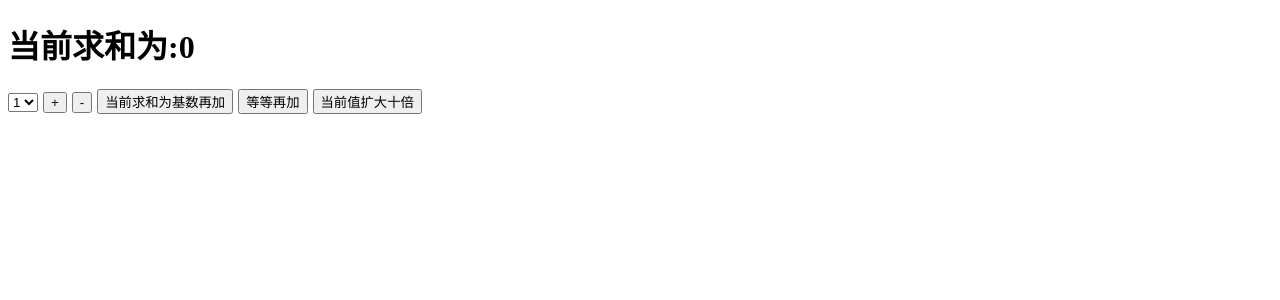
Repository: ldqml/vue.test
Page: / (app in vuexx/)
An editor plug-in stored every save of this project. The page is shown before and after the next save, followed by the edit.
The browser window is 1280 px wide. The pictures show the whole page.
The project was rebuilt for these pictures with package versions that can differ from the ones it lists, and the page was loaded fresh each time. Also part of the build but not shown: vuexx/vue.config.js.

Above is the page before, as saved 2022-08-20 23:14:38.

### vuexx/src/App.vue
<template>
<div>
    <sum-add></sum-add>
</div>
</template>

<script>
import SumAdd from './components/SumAdd'
export default {
    name:'App',
    components:{SumAdd}
}
</script>

<style>

</style>

### vuexx/src/store/index.js
import Vue from 'vue';
import Vuex from 'vuex';

Vue.use(Vuex)

const actions ={
    Ji(content,value){
        if(content.state.sum % 2){
            content.commit('Add',value)
        }
    },
    Timeadd(content,value){
        setTimeout(() =>{
            content.commit('Add',value)
        },1000)
    }
}
const mutations ={
    Add(state,value){
        state.sum += value
    },
    Jian(state,value){
        state.sum -= value
    }
}
const state ={
    sum:0
}
const getters ={
    Bigsum(state){
        return state.sum*10
    }
}
export default new Vuex.Store({
    actions,
    mutations,
    state,
    getters
})

### vuexx/src/components/SumAdd.vue
<template>
  <div>
    <h1>当前求和为:{{sum}}</h1>
    <select v-model.number="n">
        <option value="1">1</option>
        <option value="2">2</option>
        <option value="3">3</option>
    </select>
    <button @click="jia">+</button>
    <button @click="jian">-</button>
    <button @click="ji">当前求和为基数再加</button>
    <button @click="deng">等等再加</button>
    <button @click="kuo">当前值扩大十倍</button>
  </div>
</template>

<script>
import {mapState,getters} from 'vuex'
export default {
    name:'SumAdd',
    data(){
        return{
            n:1,
        }
    },
    methods:{
        jia(){
            this.$store.commit('Add',this.n)
        },
        jian(){
            this.$store.commit('Jian',this.n)
        },
        ji(){
            if(this.$store.state.sum % 2){
                this.$store.dispatch('Ji',this.n)
            }
        },
        deng(){
            setTimeout(
                ()=>{
                    this.$store.dispatch('Timeadd',this.n)
                }
            ,1000)
        },
        kuo(){
            this.$store.dispatch('Bigsum',this.n)
        }
    },
    computed:{
        ...mapState({sum:'sum'})
    },
    mounted(){

    }
}
</script>

<style>
button{
    margin-left: 5px;
}
</style>

Loaded but not shown: vuexx/public/index.html (common file); vuexx/src/main.js (common file)

After the next save:
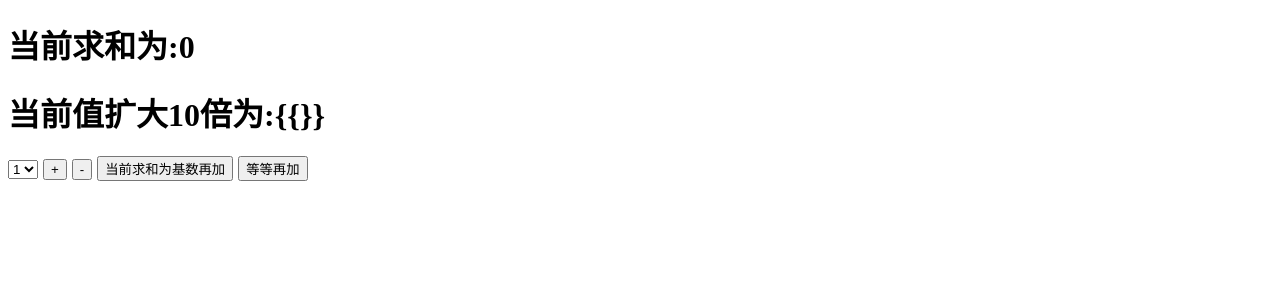
Saved 21 min 22 s later.
--- a/vuexx/src/components/SumAdd.vue
+++ b/vuexx/src/components/SumAdd.vue
@@ -1,6 +1,7 @@
 <template>
   <div>
     <h1>当前求和为:{{sum}}</h1>
+    <h1>当前值扩大10倍为:{{}}</h1>
     <select v-model.number="n">
         <option value="1">1</option>
         <option value="2">2</option>
@@ -10,7 +11,6 @@
     <button @click="jian">-</button>
     <button @click="ji">当前求和为基数再加</button>
     <button @click="deng">等等再加</button>
-    <button @click="kuo">当前值扩大十倍</button>
   </div>
 </template>
 
@@ -42,9 +42,6 @@ export default {
                 }
             ,1000)
         },
-        kuo(){
-            this.$store.dispatch('Bigsum',this.n)
-        }
     },
     computed:{
         ...mapState({sum:'sum'})
